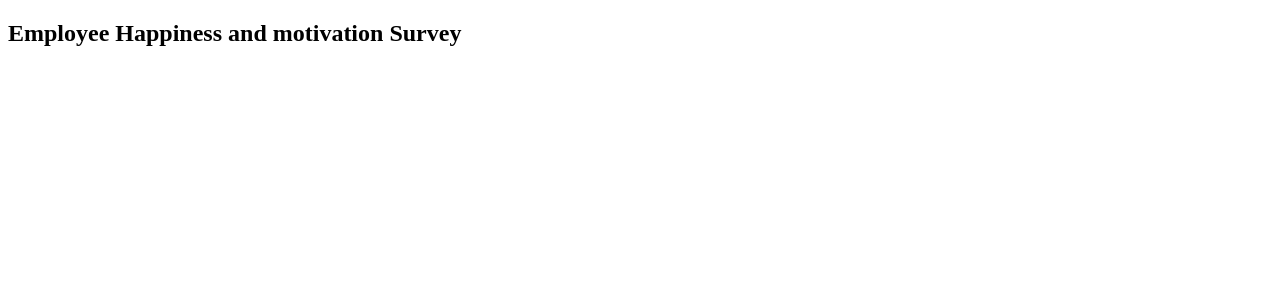
Repository: Itsjeet007y1/WeAce
Page: / (app in we-ace-frontend/)
These files come from the project's save history. The page is drawn as it stood at one moment and after the next save; the edit follows.
The browser window is 1280 px wide. The pictures show the whole page.
The project was rebuilt for these pictures with package versions that can differ from the ones it lists, and the page was loaded fresh each time. Also part of the build but not shown: we-ace-frontend/angular.json.

Above is the page before, as saved 2023-02-02 21:26:40.

After the next save:
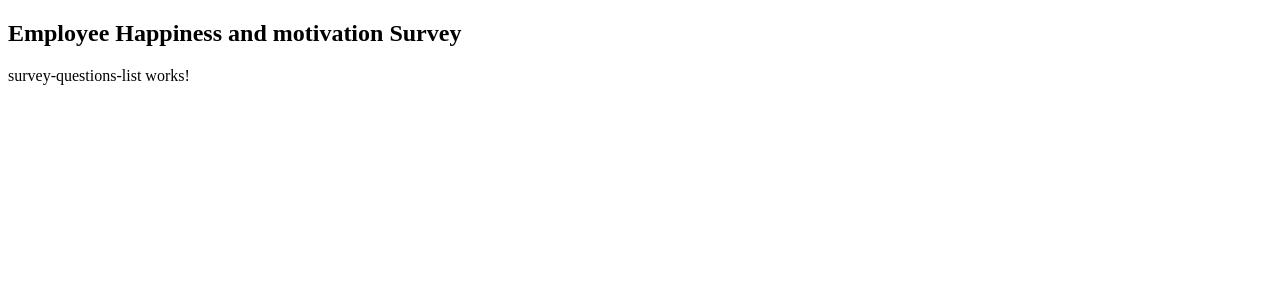
Saved 65 s later.
--- a/we-ace-frontend/src/app/app.component.html
+++ b/we-ace-frontend/src/app/app.component.html
@@ -1 +1,2 @@
 <h2>Employee Happiness and motivation Survey</h2>
+<app-survey-questions-list></app-survey-questions-list>
